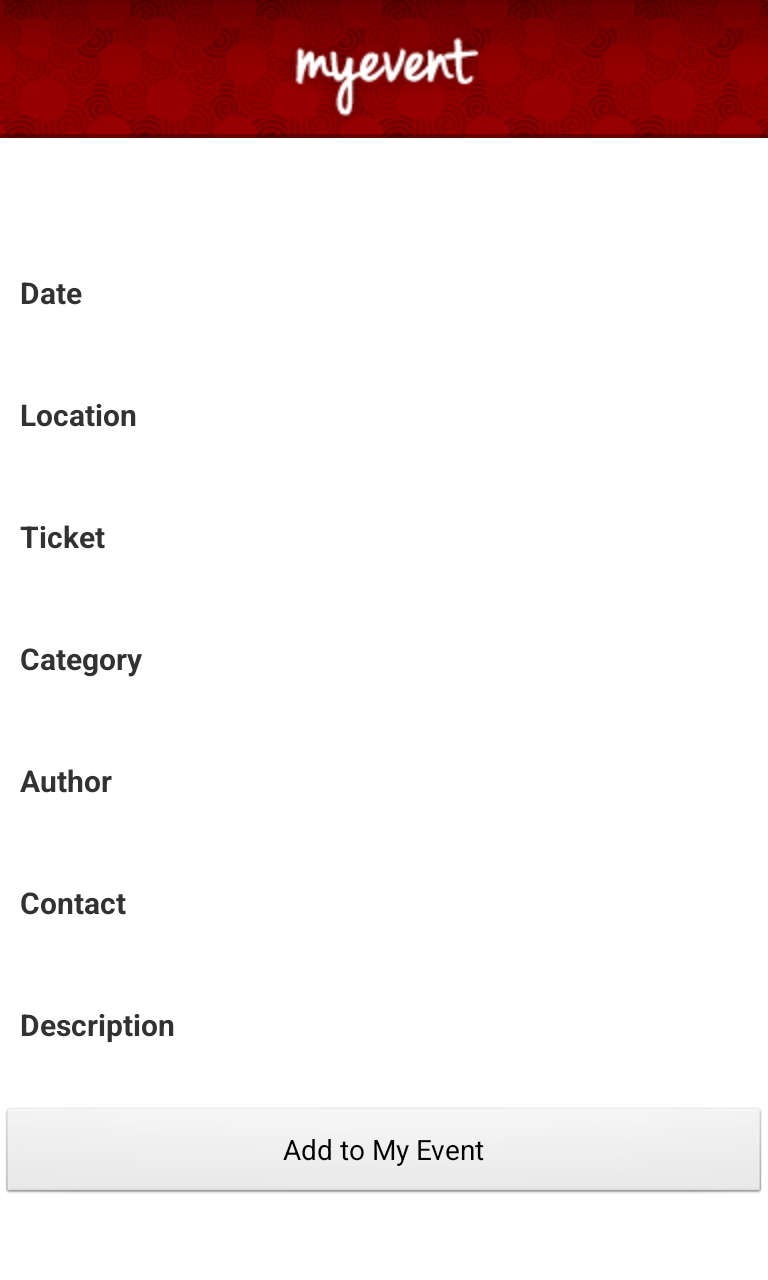
Repository: galihandy/chessboard
Layout: myEvent/res/layout/detail_feature_event.xml
An editor plug-in stored every save of this project. The layout is shown before and after the next save, followed by the edit.
It is drawn on a 768 x 1280 px phone screen (xhdpi) without system bars, with theme android:Theme.Light.NoTitleBar; the app's code is not run.

Above is the layout before, as saved 2013-01-28 04:00:48.

After the next save:
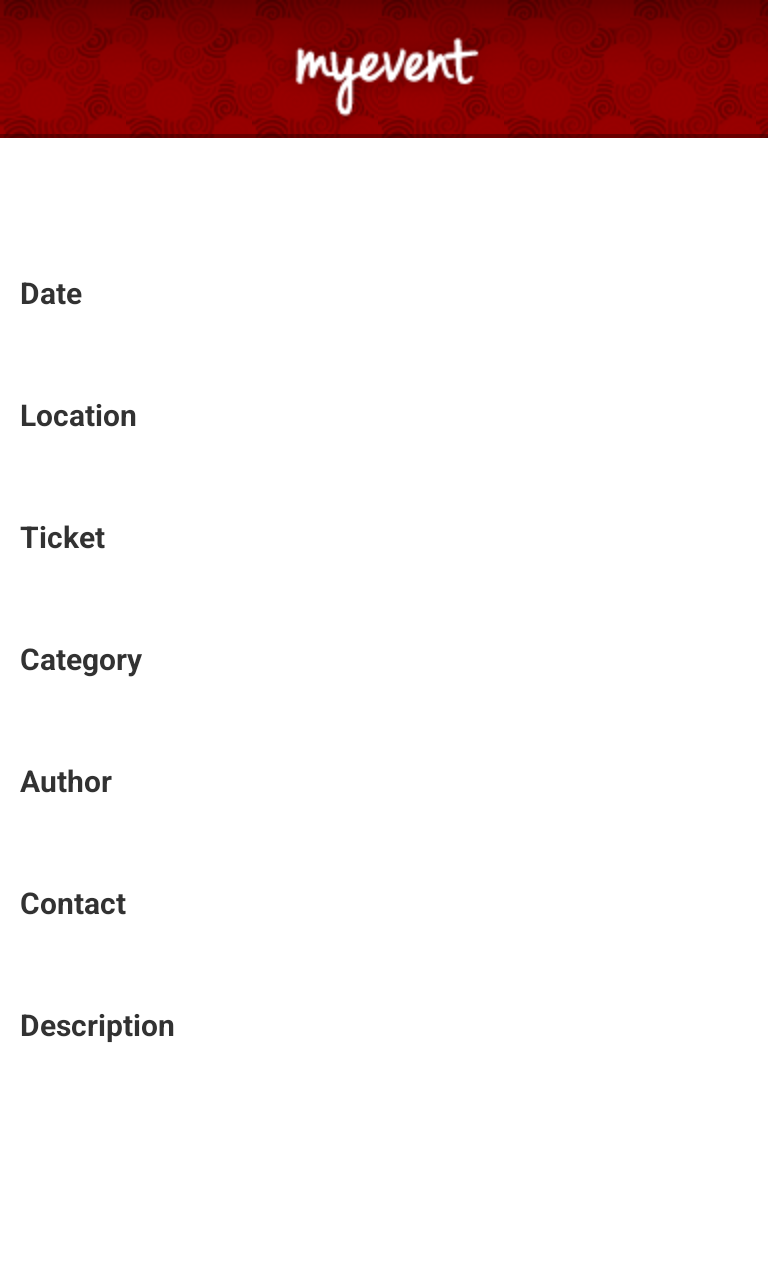
Saved 78 min 50 s later.
--- a/myEvent/res/layout/detail_feature_event.xml
+++ b/myEvent/res/layout/detail_feature_event.xml
@@ -188,20 +188,6 @@
                     android:textSize="15dip" />
             </LinearLayout>
 
-            <LinearLayout
-                xmlns:android="http://schemas.android.com/apk/res/android"
-                android:layout_width="match_parent"
-                android:layout_height="match_parent"
-                android:orientation="horizontal" >
-
-                <Button
-                    android:id="@+id/add_event_button"
-                    android:layout_width="fill_parent"
-                    android:layout_height="wrap_content"
-                    android:layout_weight="0.49"
-                    android:onClick="onClick"
-                    android:text="Add to My Event" />
-            </LinearLayout>
         </LinearLayout>
     </ScrollView>
 
